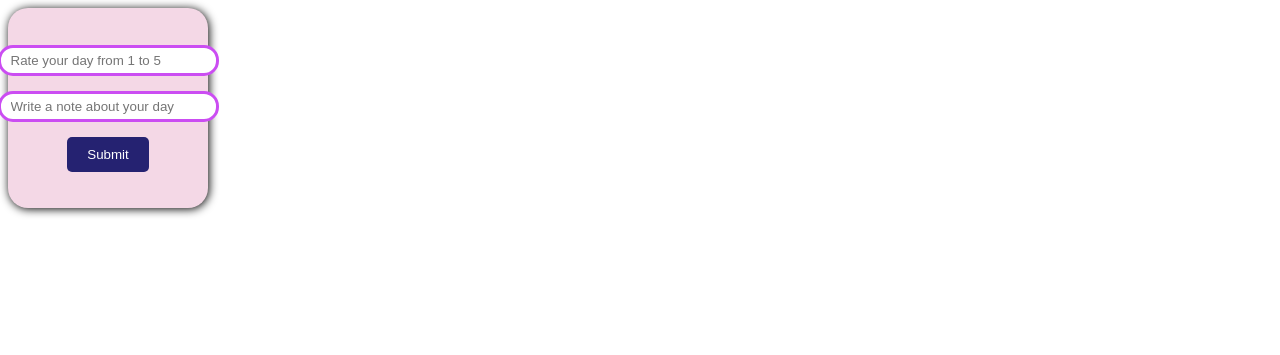
Repository: elenav24/RateMyDay
Page: frontend/index.html
These files come from the project's save history. The page is drawn as it stood at one moment and after the next save; the edit follows.
The browser window is 1280 px wide. The pictures show the whole page.

Above is the page before, as saved 2025-05-15 01:28:37.

After the next save:
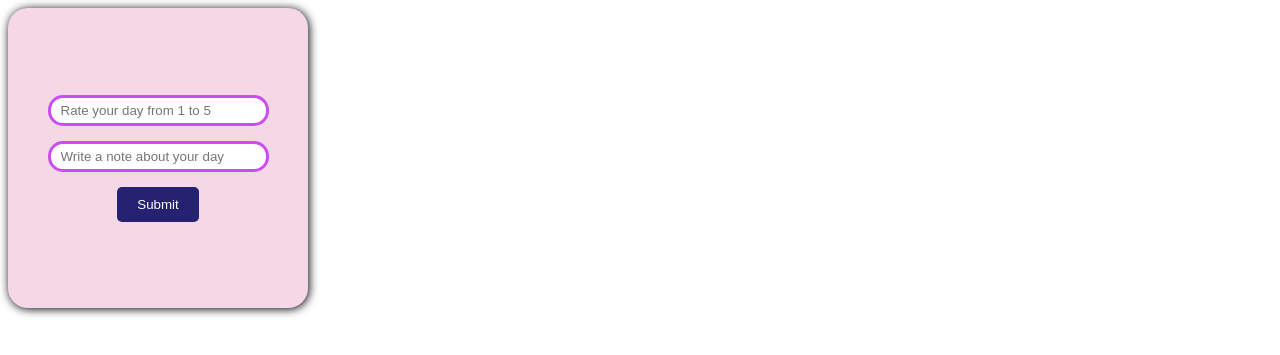
Saved 10 s later.
--- a/frontend/style.css
+++ b/frontend/style.css
@@ -3,8 +3,8 @@
     flex-direction: column;
     align-items: center;
     justify-content: center;
-    width: 200px;
-    height: 200px;
+    width: 300px;
+    height: 300px;
     box-shadow: 1px 1px 10px #000;
     border-radius: 20px;
     background-color: #f4d8e6;
